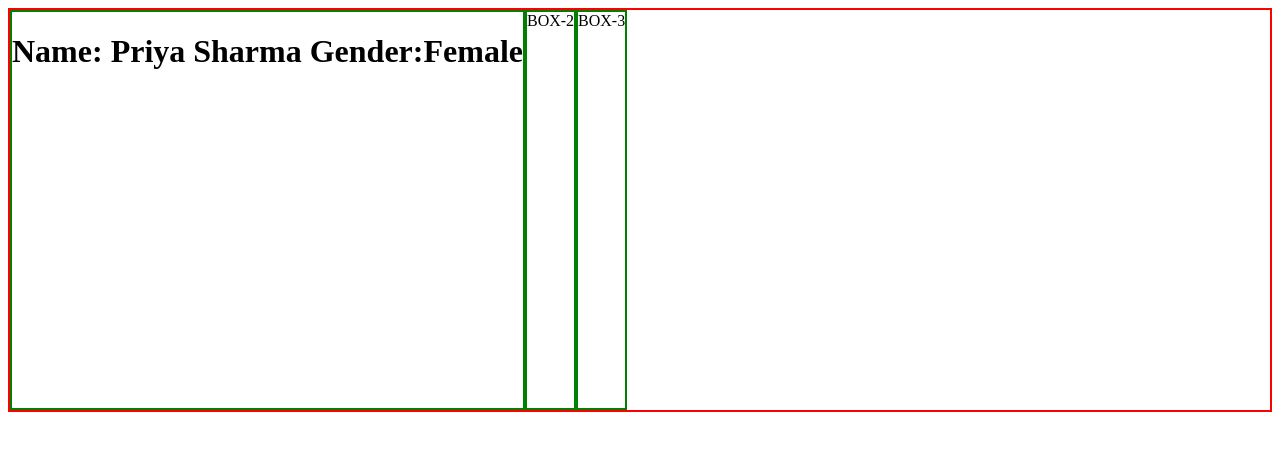
Repository: ARUN-YERRAM/HTMLLEARNING
Page: indxs.html
The author's editor kept a copy of each file at every save. The page is drawn from the files as they stood at one save, then again after the next save.
The browser window is 1280 px wide. The pictures show the whole page.

Above is the page before, as saved 2024-01-26 22:11:32.

After the next save:
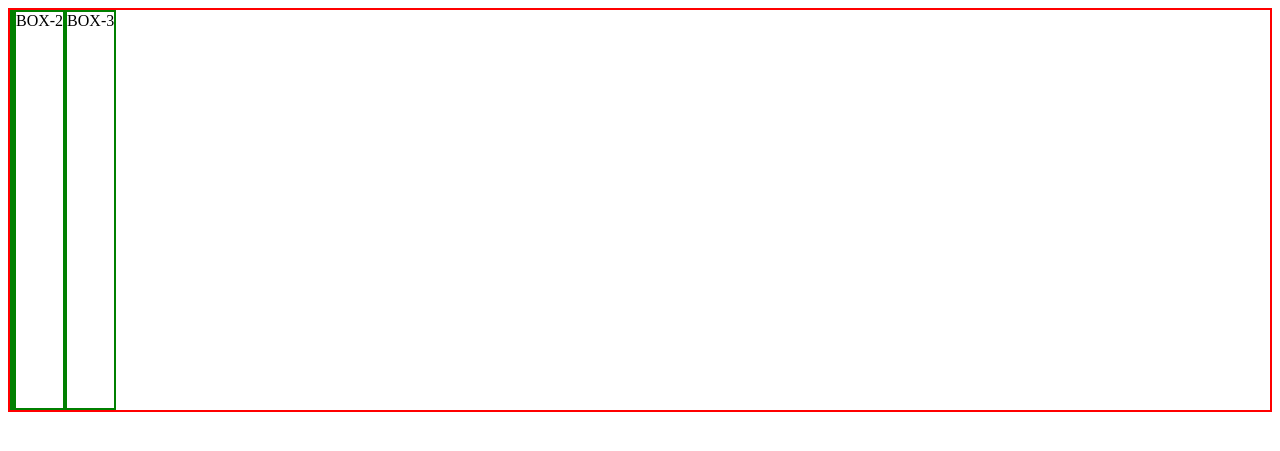
Saved 9 min 24 s later.
--- a/indxs.html
+++ b/indxs.html
@@ -10,10 +10,7 @@
 
     <div class="container">
         <div class="box">
-            <h1>
-                Name: Priya Sharma
-                Gender:Female
-            </h1>
+
 
         </div>
         <div class="box">BOX-2</div>

After the save that followed:
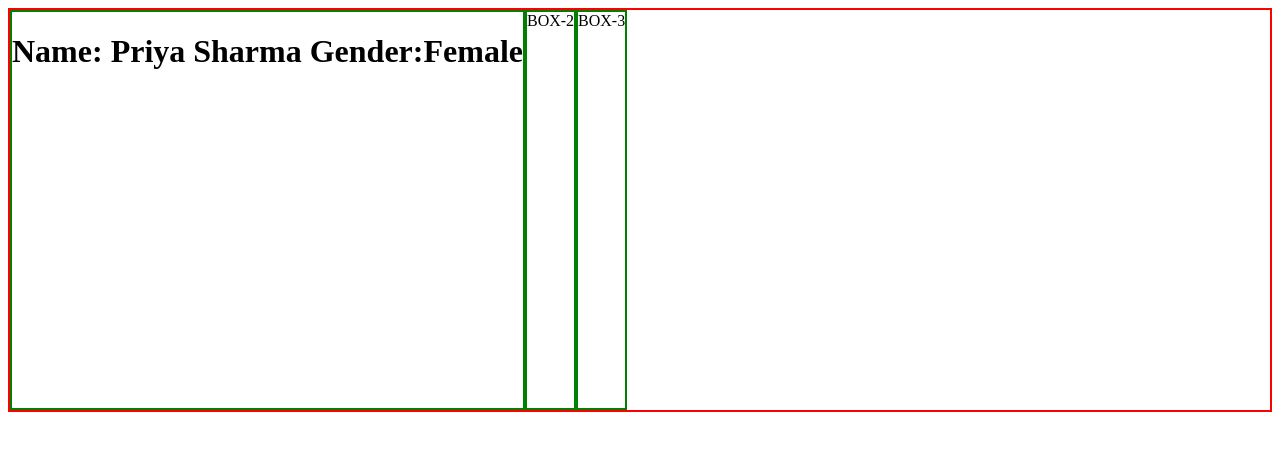
Saved 4 s later.
--- a/indxs.html
+++ b/indxs.html
@@ -10,7 +10,10 @@
 
     <div class="container">
         <div class="box">
-
+            <h1>
+                Name: Priya Sharma
+                Gender:Female
+            </h1>
 
         </div>
         <div class="box">BOX-2</div>
